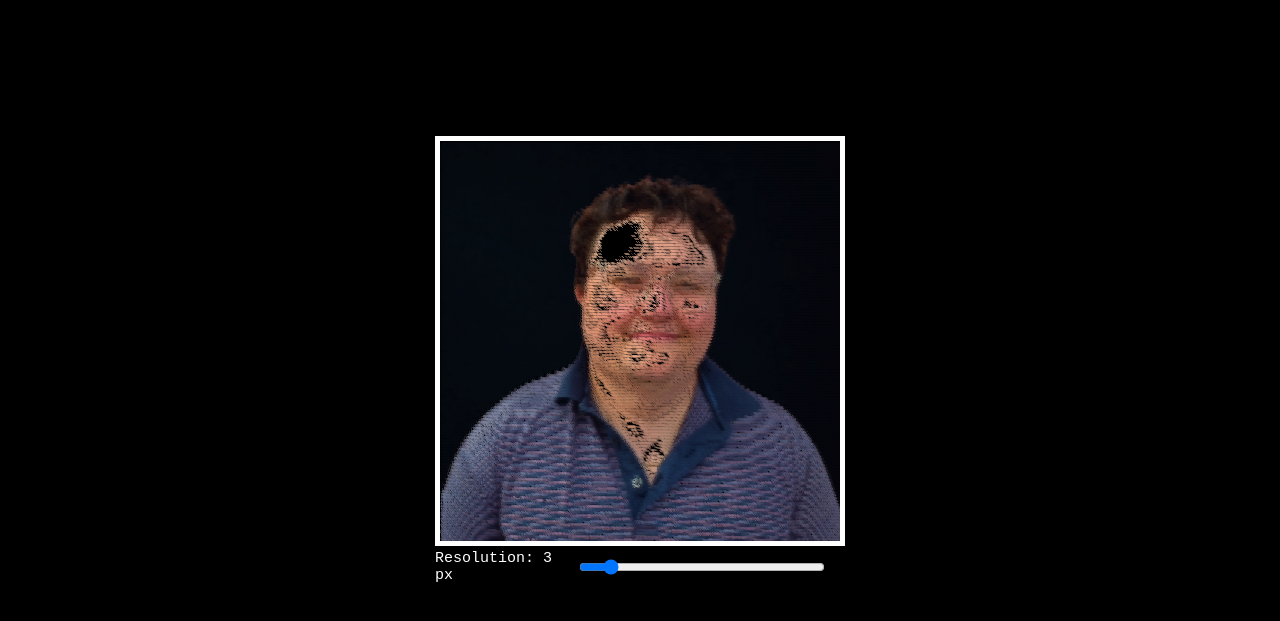
Repository: rosieomusic/ascii-art
Page: index.html
An editor plug-in stored every save of this project. The page is shown before and after the next save, followed by the edit.
The browser window is 1280 px wide. The pictures show the whole page.

Above is the page before, as saved 2025-04-17 02:00:07.

After the next save:
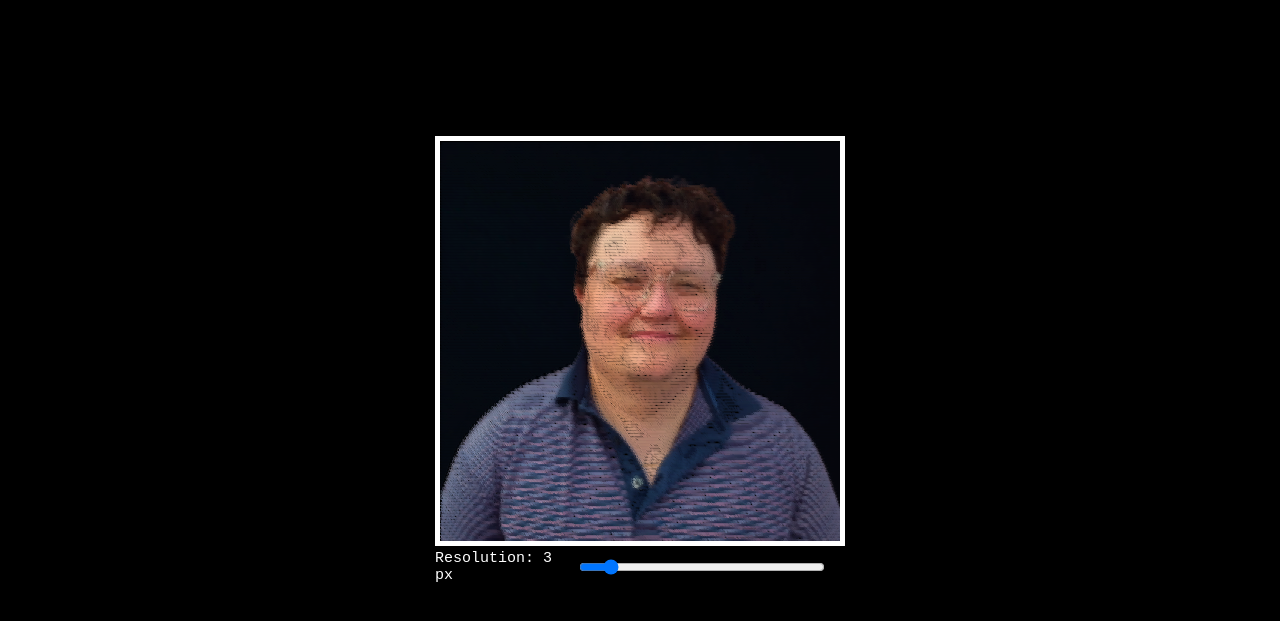
Saved 9 s later.
--- a/script.js
+++ b/script.js
@@ -46,7 +46,7 @@
 			'$@B%8&WM#*oahkbdpqwmZO0QLCJUYXzcvunxrjft/|()1{}[]?-_+~<>i!lI;:,"^`' +
 			'.' +
 			' ';
-		const index = Math.floor((g / 200) * (asciiGradient.length - 1));
+		const index = Math.floor((g / 280) * (asciiGradient.length - 1));
 		return asciiGradient[index];
 	}
 
